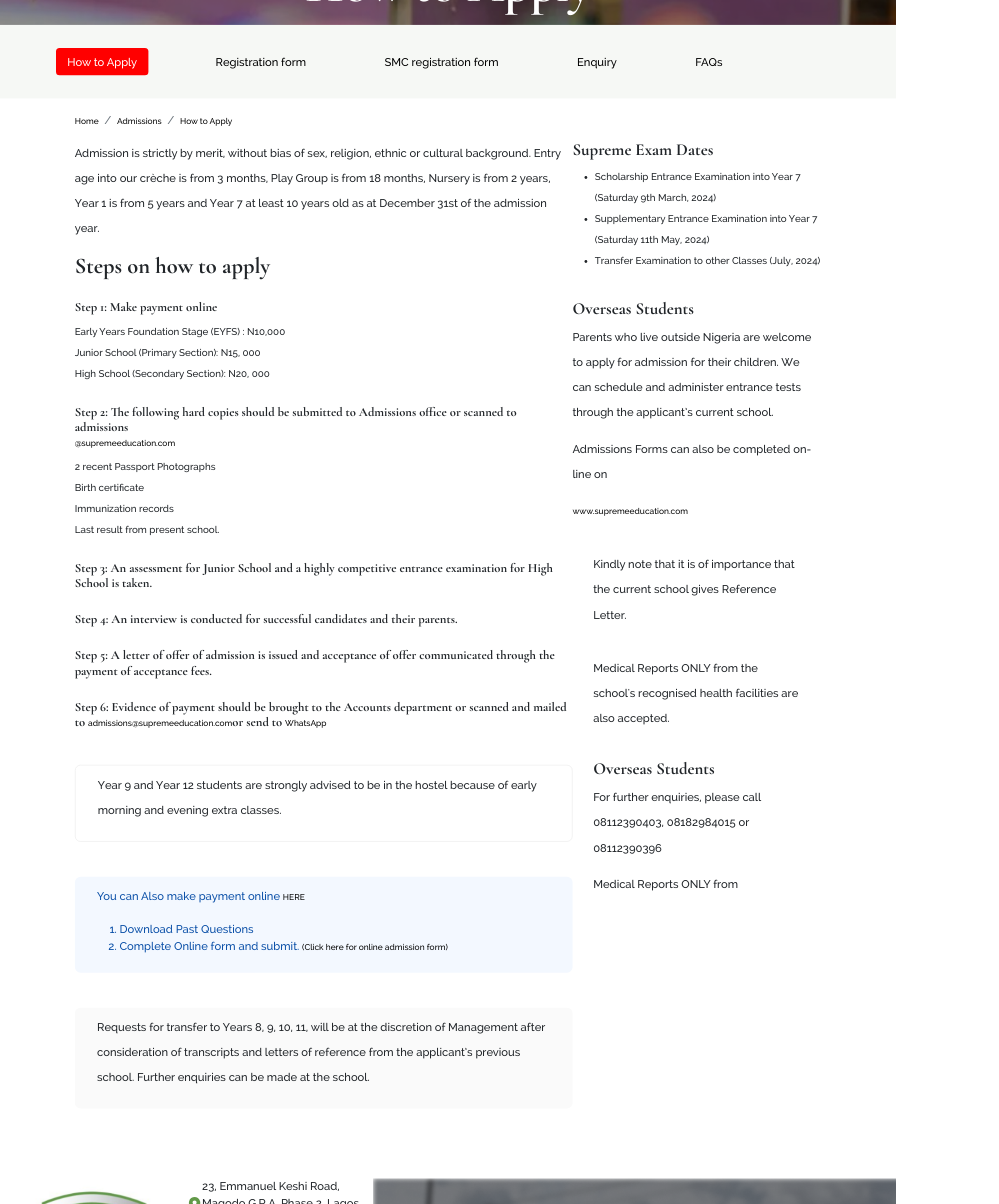
Repository: sarahnnanyelugo/supreme-education
Page: /apply
An editor plug-in stored every save of this project. The page is shown before and after the next save, followed by the edit.
The browser window is 1280 px wide. The page is 1427 px wide, so the pictures cover 1427 px, including what lies to the right of the window. The pictures show the part of the page from y = 642 to 2362 px (the page is 2888 px tall), at 70% of full size.
The project was rebuilt for these pictures with package versions that can differ from the ones it lists, and the page was loaded fresh each time. Also part of the build but not shown: src/pages/Home/News/news.scss, src/pages/Home/News/News.js, src/pages/Home/Home.js, src/pages/Founder/founder.scss, src/pages/Founder/Founder.js, src/pages/CEO/ceo.scss, src/pages/CEO/CEO.js, src/pages/WhoWeAre/who-we-are.scss and 5 more.

Above is the page before, as saved 2023-12-20 13:02:52.

After the next save:
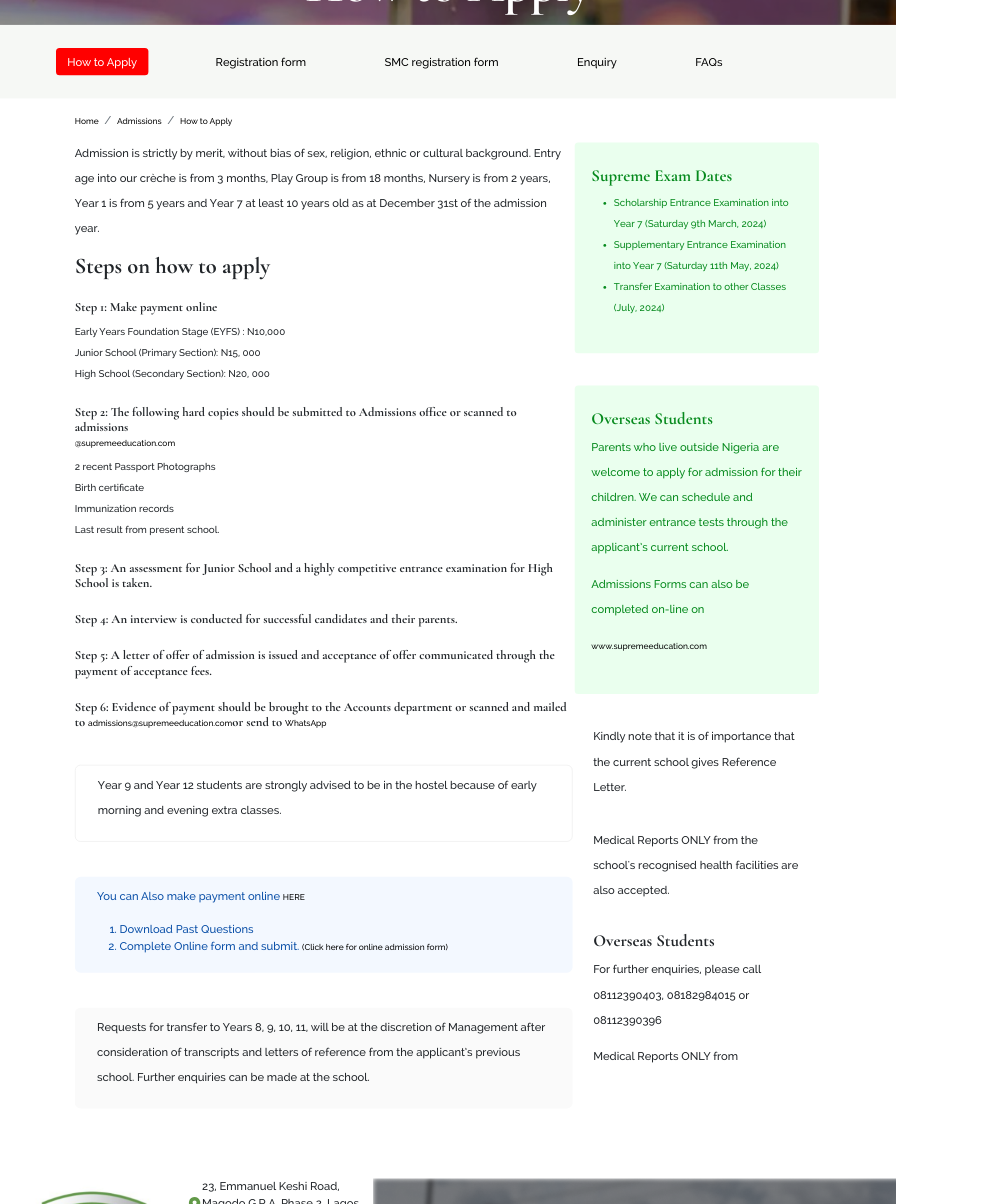
Saved 11 s later.
--- a/src/pages/Apply/apply.scss
+++ b/src/pages/Apply/apply.scss
@@ -38,7 +38,7 @@
     font-size: 14px;
     line-height: 30px;
   }
-  .indo-div4 {
+  .info-div4 {
     border-radius: 8px;
     border: 3px solid #fff;
     background: #eaffee;
